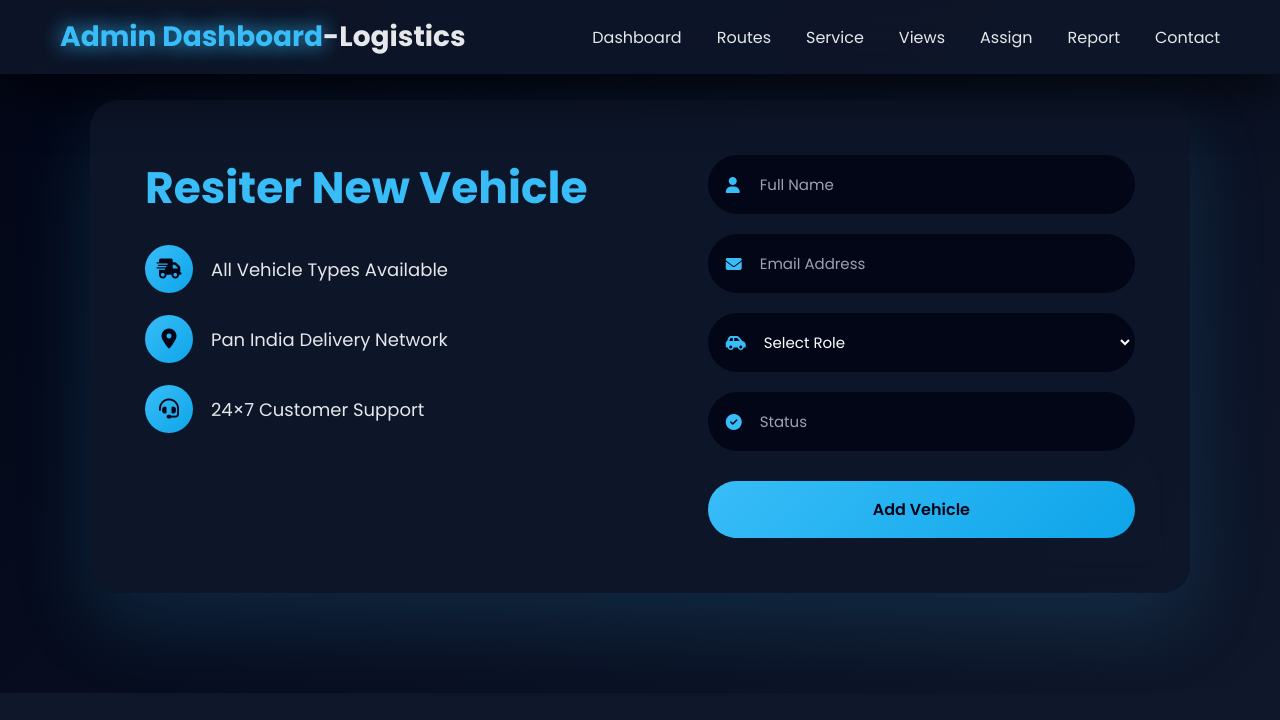
Repository: Pintu-6545/Java_Programming
Page: http://localhost/GreenFleetApplication/add-vehicle.jsp
The author's editor kept a copy of each file at every save. The page is drawn from the files as they stood at one save, then again after the next save.
The browser window is 1280 px wide. The pictures show the whole page.
The page is served by Tomcat 10. Other server files are loaded and not shown.

Above is the page before, as saved 2025-12-26 14:22:49.

### Assessement/GreenFeetApp1/GreenFleetApplication/src/main/webapp/add-vehicle.jsp
<%@ page language="java" contentType="text/html; charset=UTF-8"
	pageEncoding="UTF-8"%>
<%@include file="header.jsp"%>
<!DOCTYPE html>
<html>
<head>
<meta charset="UTF-8">
<title>Add New Vehicle</title>
</head>
<body>
	<section class="form-section">
		<div class="form-wrapper">

			<!-- LEFT INFO -->
			<div class="form-info">
				<h2>Resiter New Vehicle</h2>

				<div class="info-box">
					<i class="fa-solid fa-truck-fast"></i> <span>All Vehicle
						Types Available</span>
				</div>

				<div class="info-box">
					<i class="fa-solid fa-location-dot"></i> <span>Pan India
						Delivery Network</span>
				</div>

				<div class="info-box">
					<i class="fa-solid fa-headset"></i> <span>24×7 Customer
						Support</span>
				</div>
			</div>

			<!-- FORM -->
			<form class="form-box" name="frm" method="post" action="VehicleController">
				<div class="input-group">
					<i class="fa-solid fa-user"></i> <input type="text"
					 name="name" placeholder="Full Name" required>
				</div>

				<div class="input-group">
					<i class="fa-solid fa-envelope"></i> <input type="email"
					 name="email" placeholder="Email Address" required>
				</div>

				<div class="input-group">
					<i class="fa-solid fa-car-side"></i> <select name="type" required>
						<option value="Select Role">Select Role</option>
         				<option value="driver">Car</option>
         				<option value="driver">Bike</option>
         				<option value="driver">Truck</option>
					</select>
				</div>
				<div class="input-group">
					<i class="fa fa-check-circle"></i> <input type="text"
					name="status" placeholder="Status" required>
				</div>

				<button type="submit" name="action" value="insert">Add Vehicle</button>
			</form>

		</div>
	</section>

</body>
</html>

### Assessement/GreenFeetApp1/GreenFleetApplication/src/main/webapp/header.jsp
<%@page import="com.bean.Drivers"%>
<%@ page language="java" contentType="text/html; charset=UTF-8"
    pageEncoding="UTF-8"%>
<!DOCTYPE html>
<html>

<head>
<meta charset="UTF-8">
<title>Ultra AI Logistics</title>
<meta name="viewport" content="width=device-width, initial-scale=1.0">

<!-- FONT & ICONS -->
<link
	href="https://fonts.googleapis.com/css2?family=Poppins:wght@300;400;600;700&display=swap"
	rel="stylesheet">
<link rel="stylesheet"
	href="https://cdnjs.cloudflare.com/ajax/libs/font-awesome/6.5.1/css/all.min.css">

<link rel="stylesheet" href="css/index.css">
</head>
<body>
<!-- ================= NAVBAR ================= -->
	<nav class="navbar">
		<div class="logo">
			<span>Admin Dashboard</span>-Logistics
		</div>

		<div class="menu-toggle" id="menuToggle">
			<span></span><span></span><span></span>
		</div>

		<ul class="menu" id="menu">
			<li class="menu-item"><a href="admin-index.jsp">Dashboard</a></li>

			<li class="menu-item"><a href="#">Routes</a>
				<ul class="dropdown">
					<li><a href="#">Add Route</a></li>
					<li><a href="#">View Route </a></li>
				</ul></li>
			<li class="menu-item"><a href="#">Service</a>
				<ul class="dropdown">
					<li><a href="add-driver.jsp">Add Driver</a></li>
					<li><a href="add-vehicle.jsp">Add Vehicle</a></li>
					<li><a href="#">Add Vehicle Feul</a></li>
					<li><a href="#">Add Maintanance</a></li>
				</ul></li>


			<li class="menu-item"><a href="#">Views</a>
				<ul class="dropdown">
					<li><a href="view-drivers.jsp">View Drivers</a></li>
					<li><a href="#">View Vehicles</a></li>
					<li><a href="#">View Feuls</a></li>
				</ul></li>
				<li class="menu-item"><a href="#">Assign</a>
				<ul class="dropdown">
					<li><a href="#"> Add Vehicle-Driver</a></li>
					<li><a href="#">View Vehicles-Driver</a></li>

				</ul></li>
			<li class="menu-item"><a href="#">Report</a>
				<ul class="dropdown">
					<li><a href="#">Incident Report</a></li>
					<li><a href="#">Other Report</a></li>
				</ul></li>
			<li class="menu-item"><a href="#">Contact</a>
				<ul class="dropdown">
					<li><a href="#">Support</a></li>
					<li><a href="#">Email</a></li>
				</ul></li>
		</ul>
	</nav>

</body>
</html>

### Assessement/GreenFeetApp1/GreenFleetApplication/src/main/webapp/css/index.css
/* ================= GLOBAL ================= */
*{
    margin:0;
    padding:0;
    box-sizing:border-box;
    font-family:Poppins,sans-serif;
}
body{
    background:#0f172a;
    color:#fff;
}

/* ================= ROOT ================= */
:root{
    --bg:#020617;
    --glass:rgba(15,23,42,.85);
    --primary:#38bdf8;
    --secondary:#22d3ee;
    --text:#e5e7eb;
}

/* ================= NAVBAR ================= */
.navbar{
    position:fixed;
    top:0;
    width:100%;
    padding:16px 60px;
    background:var(--glass);
    backdrop-filter:blur(18px);
    display:flex;
    justify-content:space-between;
    align-items:center;
    z-index:1000;
    box-shadow:0 20px 50px rgba(0,0,0,.6);
}

/* ================= LOGO ================= */
.logo{
    font-size:28px;
    font-weight:800;
    color:var(--text);
}
.logo span{
    color:var(--primary);
    text-shadow:0 0 20px var(--primary);
}

/* ================= MENU ================= */
.menu{
    display:flex;
    gap:35px;
    list-style:none;
}
.menu-item{
    position:relative;
}
.menu-item > a{
    color:var(--text);
    text-decoration:none;
    font-size:16px;
    padding:10px 0;
    position:relative;
}

/* underline animation */
.menu-item > a::after{
    content:"";
    position:absolute;
    bottom:-6px;
    left:0;
    width:0;
    height:3px;
    background:linear-gradient(90deg,var(--primary),var(--secondary));
    transition:.4s;
    border-radius:10px;
}
.menu-item > a:hover::after{
    width:100%;
}

/* ================= DROPDOWN ================= */
.dropdown{
    position:absolute;
    top:55px;
    left:0;
    background:linear-gradient(180deg,#020617,#020617);
    border-radius:18px;
    min-width:210px;
    padding:10px;
    opacity:0;
    visibility:hidden;
    transform:rotateX(-15deg) translateY(15px);
    transform-origin:top;
    transition:.45s cubic-bezier(.2,.8,.2,1);
    box-shadow:0 25px 80px rgba(56,189,248,.25);
}

.dropdown li{
    list-style:none;
}

.dropdown a{
    display:block;
    padding:14px 18px;
    border-radius:12px;
    color:#cbd5f5;
    text-decoration:none;
    transition:.3s;
}
.dropdown a:hover{
    background:linear-gradient(135deg,var(--primary),var(--secondary));
    color:#020617;
    transform:translateX(6px);
}

/* hover open */
.menu-item:hover .dropdown{
    opacity:1;
    visibility:visible;
    transform:rotateX(0) translateY(0);
}

/* ================= MOBILE ================= */
.menu-toggle{
    display:none;
    flex-direction:column;
    gap:6px;
    cursor:pointer;
}
.menu-toggle span{
    width:28px;
    height:3px;
    background:var(--primary);
    border-radius:10px;
}

/* ================= RESPONSIVE ================= */
@media(max-width:900px){
    .menu-toggle{display:flex;}
    .menu{
        position:absolute;
        top:75px;
        right:30px;
        background:#020617;
        flex-direction:column;
        width:260px;
        border-radius:20px;
        padding:20px;
        opacity:0;
        pointer-events:none;
        transform:scale(.9);
        transition:.4s;
    }
    .menu.active{
        opacity:1;
        pointer-events:auto;
        transform:scale(1);
    }
    .dropdown{
        position:static;
        transform:none;
        opacity:1;
        visibility:visible;
        box-shadow:none;
    }
}

/* ================= CAROUSEL ================= */
.carousel{
    height:100vh;
    margin-top:80px;
    position:relative;
    overflow:hidden;
}
.slide{
    position:absolute;
    inset:0;
    background-size:cover;
    background-position:center;
    opacity:0;
    transition:opacity 1.2s;
}
.slide.active{opacity:1;}
.overlay{
    position:absolute;
    inset:0;
    background:linear-gradient(to right,rgba(0,0,0,.75),rgba(0,0,0,.3));
}
.content{
    position:absolute;
    top:50%;
    left:8%;
    transform:translateY(-50%);
    max-width:600px;
}
.content h1{
    font-size:48px;
}
.content p{
    margin:15px 0 25px;
    color:#e2e8f0;
}
.btn{
    padding:14px 30px;
    border-radius:30px;
    border:none;
    background:linear-gradient(45deg,#38bdf8,#0ea5e9);
    cursor:pointer;
}

/* ================= SECTIONS ================= */
.section{
    padding:90px 8%;
}
.section h2{
    font-size:38px;
    color:#38bdf8;
}
.section p{
    max-width:850px;
    color:#cbd5f5;
}

/* ================= CARDS ================= */
.card-grid{
    display:grid;
    grid-template-columns:repeat(auto-fit,minmax(250px,1fr));
    gap:25px;
    margin-top:40px;
}
.card{
    background:#1e293b;
    border-radius:15px;
    overflow:hidden;
    transition:.4s;
}
.card:hover{
    transform:translateY(-8px);
}
.card img{
    width:100%;
    height:200px;
    object-fit:cover;
}
.card h3{
    padding:15px;
    color:#38bdf8;
}
.card p{
    padding:0 15px 20px;
    font-size:14px;
}

/* ================= TABLE ================= */
table{
    width:100%;
    border-collapse:collapse;
    margin-top:30px;
}
th,td{
    padding:14px;
    border:1px solid #334155;
    text-align:center;
}
th{
    background:#38bdf8;
    color:#000;
}
tr:nth-child(even){
    background:#1e293b;
}

/* ================= FORM SECTION ================= */
.form-section{
    padding:100px 6%;
    background:linear-gradient(135deg,#020617,#0f172a);
}

.form-wrapper{
    max-width:1100px;
    margin:auto;
    background:rgba(15,23,42,.92);
    backdrop-filter:blur(18px);
    border-radius:28px;
    padding:55px;
    display:grid;
    grid-template-columns:1.2fr 1fr;
    gap:50px;
    box-shadow:0 30px 80px rgba(56,189,248,.15);
}

/* ================= LEFT INFO ================= */
.form-info h2{
    font-size:44px;
    margin-bottom:25px;
    color:#38bdf8;
}

.info-box{
    display:flex;
    align-items:center;
    gap:18px;
    margin:22px 0;
    font-size:18px;
    color:#e5e7eb;
}

.info-box i{
    width:48px;
    height:48px;
    display:grid;
    place-items:center;
    font-size:20px;
    background:linear-gradient(135deg,#38bdf8,#0ea5e9);
    color:#020617;
    border-radius:50%;
}

/* ================= FORM ================= */
.form-box{
    display:flex;
    flex-direction:column;
    gap:20px;
}

.input-group{
    position:relative;
}

.input-group i{
    position:absolute;
    top:50%;
    left:18px;
    transform:translateY(-50%);
    font-size:16px;
    color:#38bdf8;
    pointer-events:none;
}

.input-group input,
.input-group select,
.input-group textarea{
    width:100%;
    padding:16px 18px 16px 50px;
    border-radius:30px;
    border:2px solid transparent;
    outline:none;
    background:#020617;
    color:#fff;
    font-size:15px;
    transition:.35s;
}

/* Focus & Hover Handling */
.input-group input:focus,
.input-group textarea:focus,
.input-group select:focus{
    border-color:#38bdf8;
    box-shadow:0 0 0 4px rgba(56,189,248,.15);
}

/* Placeholder */
::placeholder{
    color:#9ca3af;
}

/* Textarea */
textarea{
    height:120px;
    resize:none;
}

/* ================= BUTTON ================= */
.form-box button{
    margin-top:10px;
    padding:16px;
    border-radius:30px;
    border:none;
    font-size:16px;
    font-weight:600;
    color:#020617;
    background:linear-gradient(135deg,#38bdf8,#0ea5e9);
    cursor:pointer;
    transition:.35s;
}

.form-box button:hover{
    transform:translateY(-2px);
    box-shadow:0 15px 40px rgba(56,189,248,.4);
}

/* ================= RESPONSIVE ================= */
@media(max-width:900px){
    .form-wrapper{
        grid-template-columns:1fr;
        padding:40px;
    }
    .form-info h2{
        font-size:36px;
    }
}

@media(max-width:480px){
    .form-wrapper{
        padding:30px 22px;
    }
    .input-group input,
    .input-group select,
    .input-group textarea{
        font-size:14px;
    }
}

After the next save:
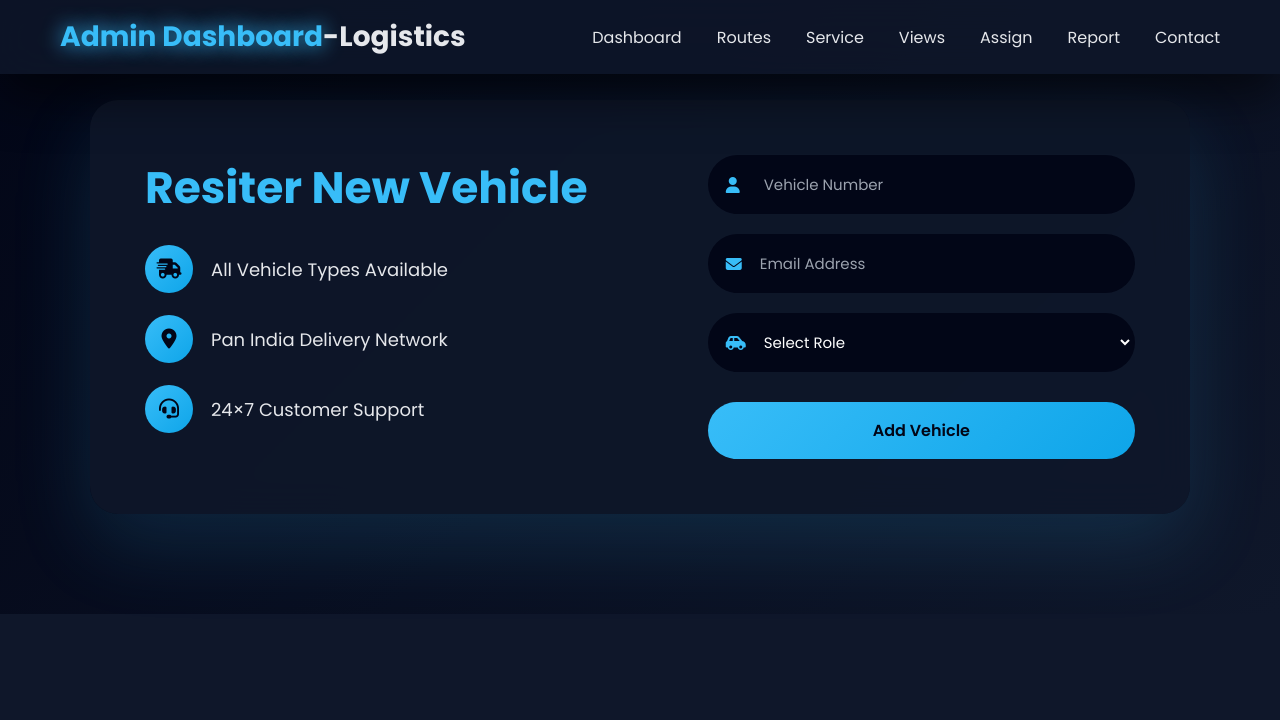
Saved 91 s later.
--- a/Assessement/GreenFeetApp1/GreenFleetApplication/src/main/webapp/add-vehicle.jsp
+++ b/Assessement/GreenFeetApp1/GreenFleetApplication/src/main/webapp/add-vehicle.jsp
@@ -35,7 +35,7 @@
 			<form class="form-box" name="frm" method="post" action="VehicleController">
 				<div class="input-group">
 					<i class="fa-solid fa-user"></i> <input type="text"
-					 name="name" placeholder="Full Name" required>
+					 name="number_plate" placeholder=" Vehicle Number" required>
 				</div>
 
 				<div class="input-group">
@@ -51,10 +51,6 @@
          				<option value="driver">Truck</option>
 					</select>
 				</div>
-				<div class="input-group">
-					<i class="fa fa-check-circle"></i> <input type="text"
-					name="status" placeholder="Status" required>
-				</div>
 
 				<button type="submit" name="action" value="insert">Add Vehicle</button>
 			</form>
